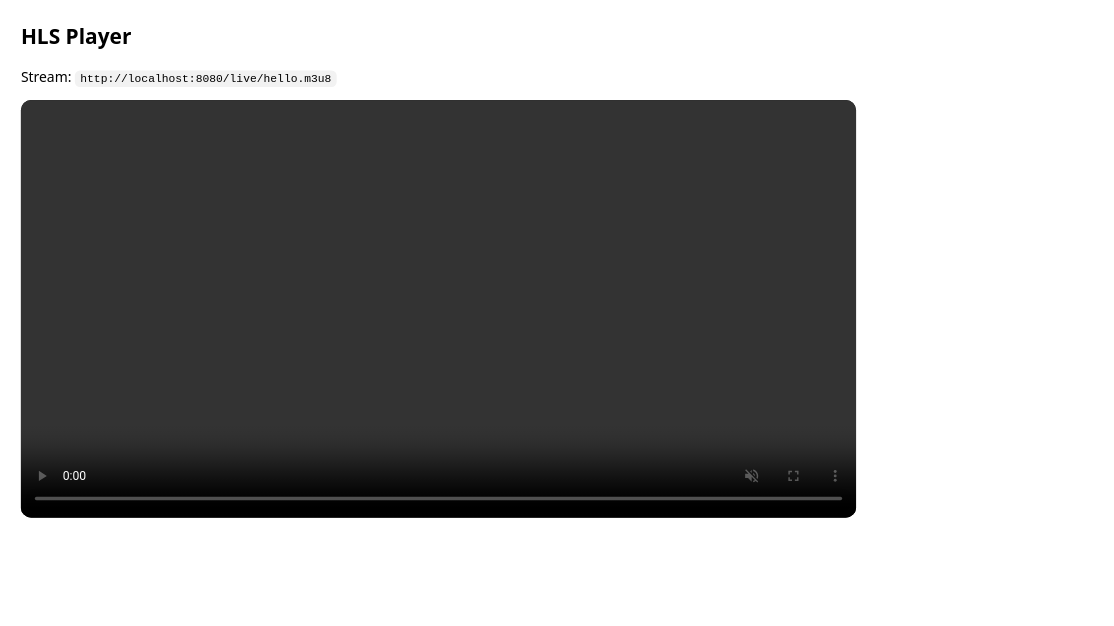
Repository: logickkun/Video-Streaming
Page: www/index.html
An editor plug-in stored every save of this project. The page is shown before and after the next save, followed by the edit.
The browser window is 1280 px wide. The pictures show the whole page, at 87% of full size.

Above is the page before, as saved 2026-01-24 12:49:50.
Console error: ReferenceError: Hls is not defined

### www/index.html
<!doctype html>
<html lang="ko">
<head>
  <meta charset="utf-8" />
  <meta name="viewport" content="width=device-width,initial-scale=1" />
  <title>HLS Player</title>
  <style>
    body{font-family:system-ui,Segoe UI,Arial;margin:24px}
    video{width:min(960px,100%);background:#000;border-radius:12px}
    code{background:#f2f2f2;padding:2px 6px;border-radius:6px}
  </style>
</head>
<body>
  <h2>HLS Player</h2>
  <p>Stream: <code id="u"></code></p>
  <video id="v" controls autoplay muted playsinline></video>

  <script>
    const url = "http://localhost:8080/live/hello.m3u8";
    document.getElementById("u").textContent = url;

    const video = document.getElementById("v");
    if (Hls.isSupported()) {
      const hls = new Hls({
        // 로컬 테스트용 기본값(필요시 조정)
        lowLatencyMode: false
      });
      hls.loadSource(url);
      hls.attachMedia(video);
    } else if (video.canPlayType("application/vnd.apple.mpegurl")) {
      video.src = url; // Safari 등
    } else {
      document.body.insertAdjacentHTML("beforeend", "<p>HLS not supported</p>");
    }
  </script>
</body>
</html>

After the next save:
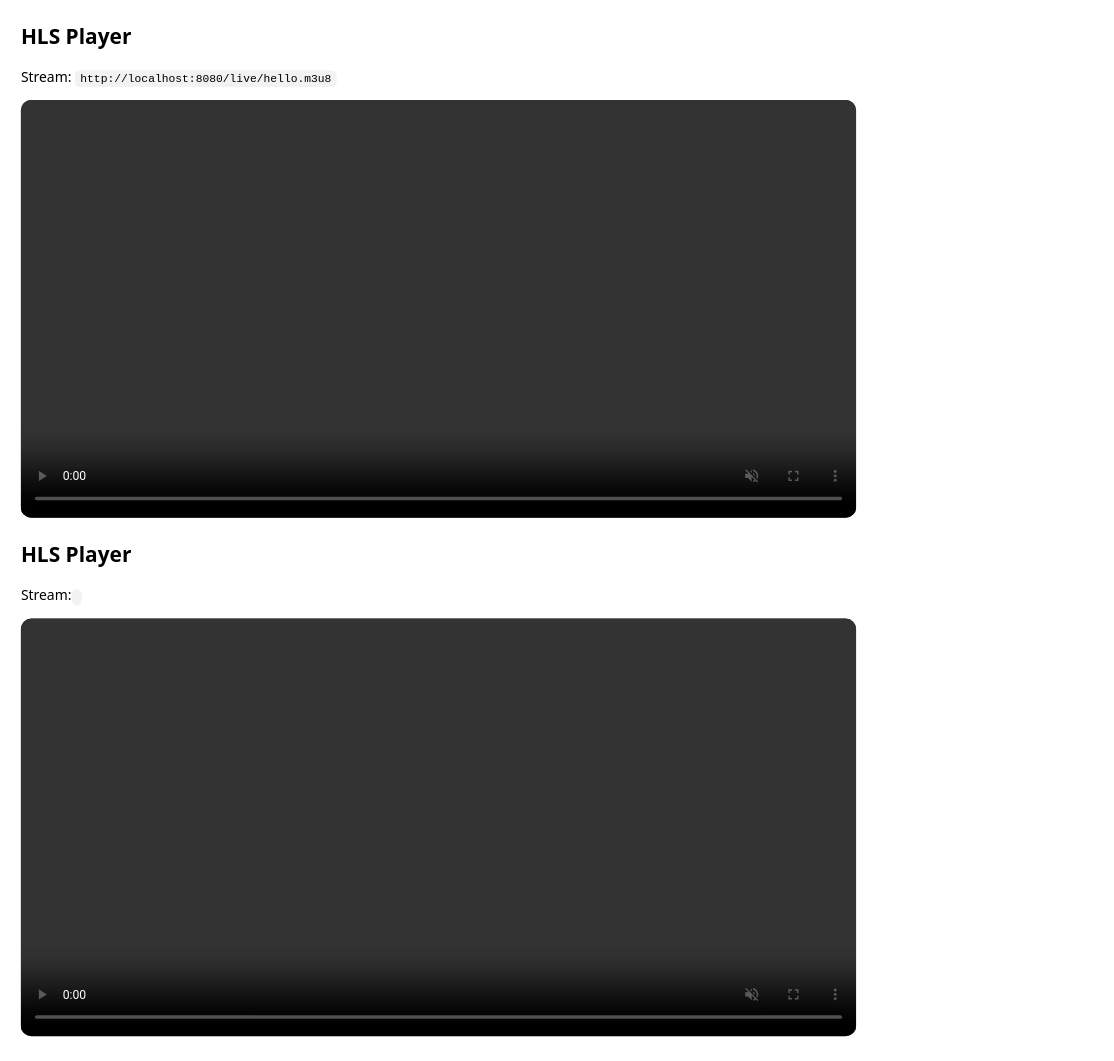
Saved 17 h 49 min later.
--- a/www/index.html
+++ b/www/index.html
@@ -35,3 +35,40 @@
   </script>
 </body>
 </html>
+<!doctype html>
+<html lang="ko">
+<head>
+  <meta charset="utf-8" />
+  <meta name="viewport" content="width=device-width,initial-scale=1" />
+  <title>HLS Player</title>
+  <style>
+    body{font-family:system-ui,Segoe UI,Arial;margin:24px}
+    video{width:min(960px,100%);background:#000;border-radius:12px}
+    code{background:#f2f2f2;padding:2px 6px;border-radius:6px}
+  </style>
+</head>
+<body>
+  <h2>HLS Player</h2>
+  <p>Stream: <code id="u"></code></p>
+  <video id="v" controls autoplay muted playsinline></video>
+
+  <script>
+    const url = "http://localhost:8080/live/hello.m3u8";
+    document.getElementById("u").textContent = url;
+
+    const video = document.getElementById("v");
+    if (Hls.isSupported()) {
+      const hls = new Hls({
+        // 로컬 테스트용 기본값(필요시 조정)
+        lowLatencyMode: false
+      });
+      hls.loadSource(url);
+      hls.attachMedia(video);
+    } else if (video.canPlayType("application/vnd.apple.mpegurl")) {
+      video.src = url; // Safari 등
+    } else {
+      document.body.insertAdjacentHTML("beforeend", "<p>HLS not supported</p>");
+    }
+  </script>
+</body>
+</html>
